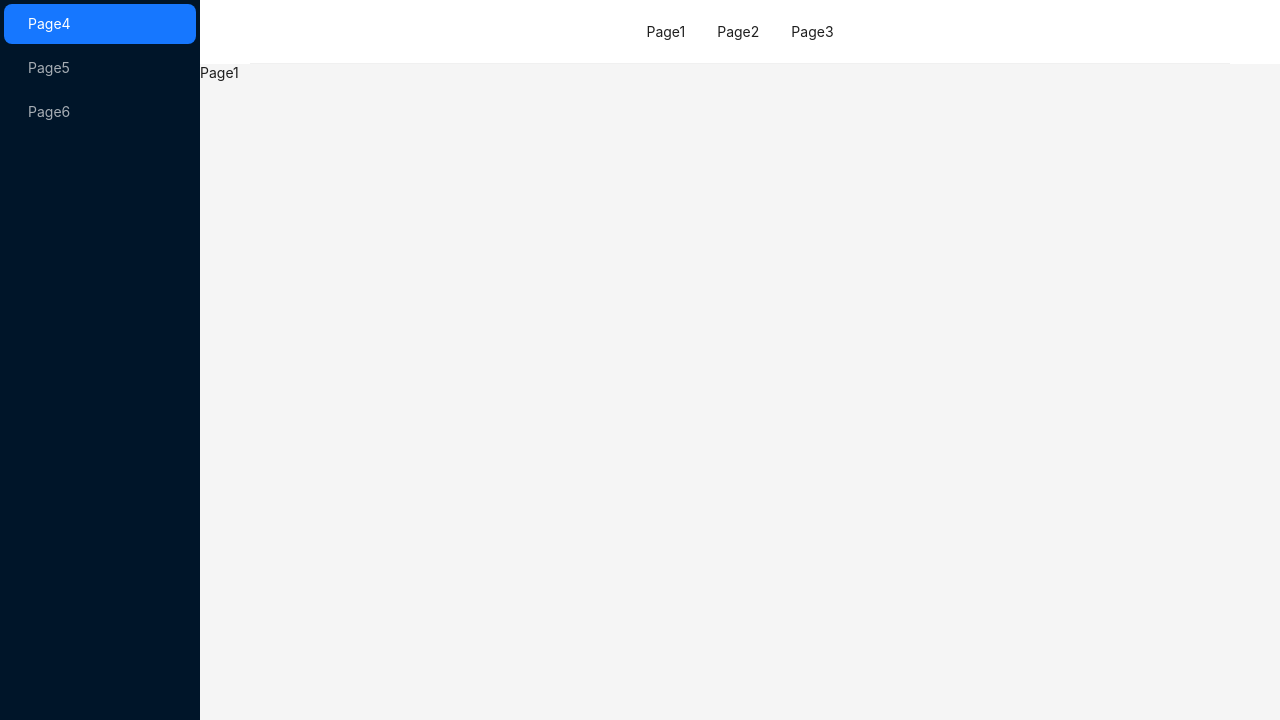
Repository: BESTETURKMEN/e-commerce
Page: /
An editor plug-in stored every save of this project. The page is shown before and after a run of saves, followed by the edit.
The browser window is 1280 px wide. The pictures show the whole page.
The project was rebuilt for these pictures with package versions that can differ from the ones it lists, and the page was loaded fresh each time. Also part of the build but not shown: webpack.config.js, src/pages/page2.jsx, src/pages/page3.jsx, src/pages/page6.jsx. Imported but missing from the stored project, and not drawn on this page: src/pages/page4, src/pages/page5.

Above is the page before, as saved 2023-08-21 10:58:43.

After the next 2 saves:
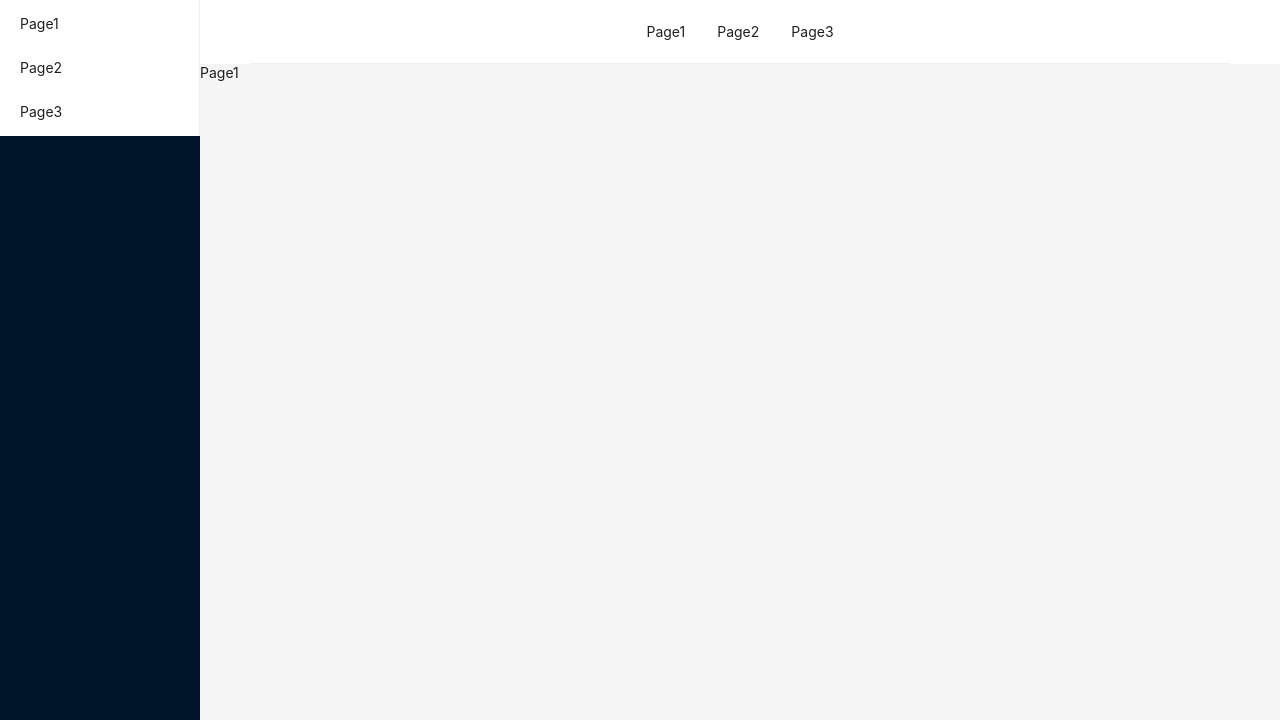
The 2 saves are shown as one change because 1 did not build or start.
The last was saved 2 min 31 s later.
--- a/src/layout/sider.jsx
+++ b/src/layout/sider.jsx
@@ -1,11 +1,29 @@
 import { Menu } from "antd";
 import React from "react";
+import { Link } from "react-router-dom";
 
 export default function Sider() {
+  const menu = [
+    {
+      key: "1",
+      label: "Page1",
+      path: "/",
+    },
+    {
+      key: "2",
+      label: "Page2",
+      path: "/Page2",
+    },
+    {
+      key: "3",
+      label: "Page3",
+      path: "/Page3",
+    },
+  ];
   return (
     <div className="sider">
       <div className="demo-logo-vertical" />
-      <Menu
+      {/* <Menu
         theme="dark"
         mode="inline"
         defaultSelectedKeys={["1"]}
@@ -26,7 +44,14 @@ export default function Sider() {
             path: "/Page6",
           },
         ]}
-      />
+      /> */}
+      <Menu>
+        {menu.map((item) => (
+          <Menu.Item key={item.key}>
+            <Link to={item.path}>{item.label}</Link>
+          </Menu.Item>
+        ))}
+      </Menu>
     </div>
   );
 }
